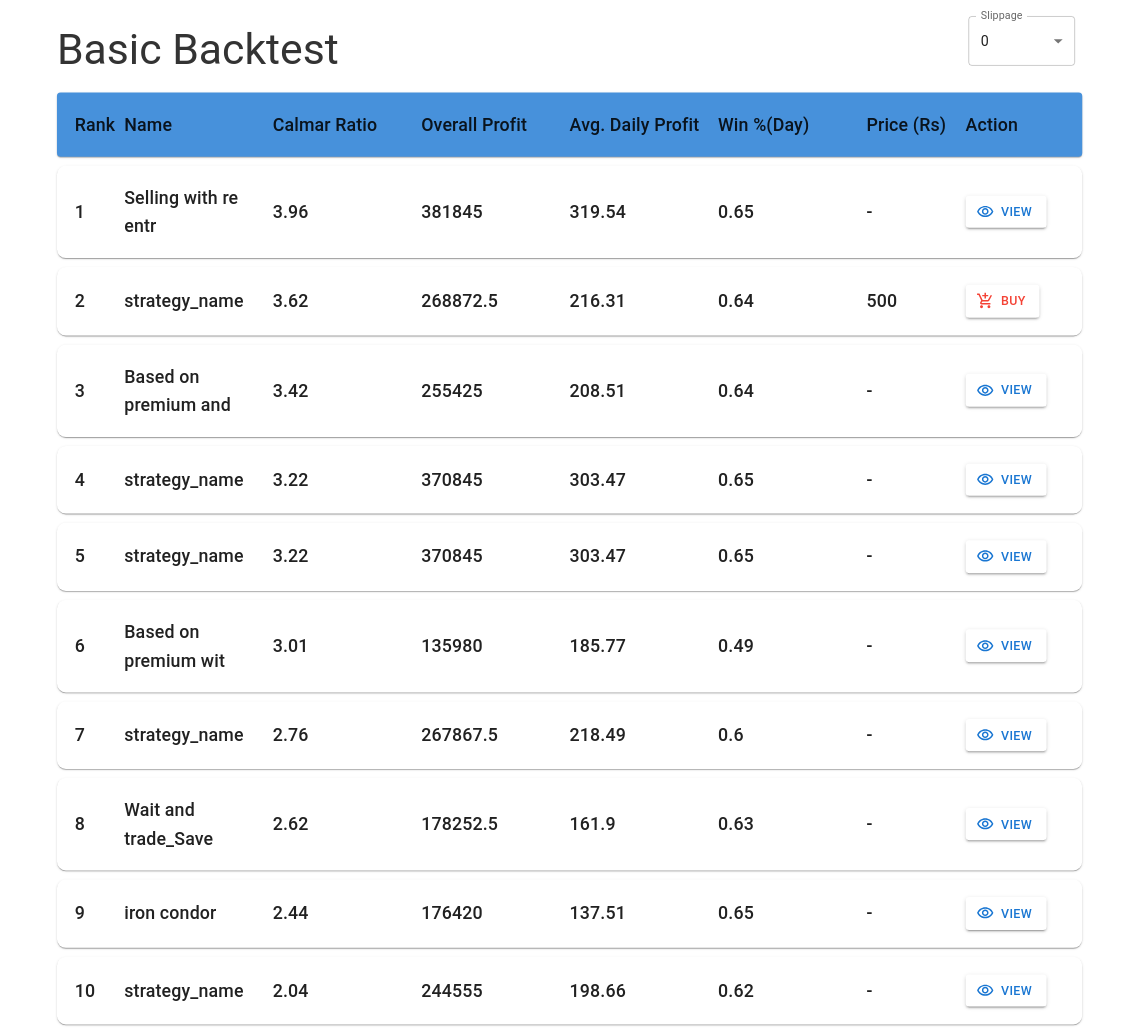
Repository: PraTEEkgUpTa2/Leaderboard
Page: /
An editor plug-in stored every save of this project. The page is shown before and after the next save, followed by the edit.
The browser window is 1280 px wide. The pictures show the whole page, at 89% of full size.
The project was rebuilt for these pictures with package versions that can differ from the ones it lists, and the page was loaded fresh each time. Also part of the build but not shown: src/App.css.

Above is the page before, as saved 2024-05-28 14:16:11.

### src/index.js
import React from 'react';
import ReactDOM from 'react-dom';
import { ThemeProvider } from '@mui/material/styles';
import App from './App';
import theme from './theme'; // Import the theme object

const root = ReactDOM.createRoot(document.getElementById('root'));
root.render(

  <ThemeProvider theme={theme}>
  <App />
</ThemeProvider>

);

// If you want to start measuring performance in your app, pass a function
// to log results (for example: reportWebVitals(console.log))
// or send to an analytics endpoint. Learn more: https://bit.ly/CRA-vitals

### src/App.js
import React from 'react';
import './App.css';
import Leaderboard from './Leaderboard';

function App() {
  return (
    <div className="App">
      <Leaderboard />
    </div>
  );
}

export default App;

### src/theme.js
// theme.js

import { createTheme } from '@mui/material/styles';

const theme = createTheme({
  palette: {
    primary: {
      main: '#1976d2', // Background color for the table header
      dark: '#135fa8', // Hover color for primary buttons
    },
    error: {
      main: '#f44336', // Background color for "Buy" button
      dark: '#d32f2f', // Hover color for "Buy" button
    },
    common: {
      white: '#fff', // Text color for table header and buttons
    },
  },
});

export default theme;

### src/Leaderboard.js
import React, { useState } from 'react';
import data from './data.json';
import { Container, Box, Typography, FormControl, InputLabel, Select, MenuItem, Paper, Button } from '@mui/material';
import { VisibilityOutlined, AddShoppingCartOutlined } from '@mui/icons-material';
import { styled } from '@mui/system';
import { Line } from 'react-chartjs-2';
import 'chart.js/auto';

const TabContainer = styled(Box)(({ theme }) => ({
  display: 'flex',
  flexDirection: 'column',
  gap: '10px',
  marginTop: '20px',
}));

const TabHeader = styled(Paper)(({ theme }) => ({
  display: 'flex',
  justifyContent: 'space-between',
  alignItems: 'center',
  padding: '20px',
  backgroundColor: theme.palette.primary.light,
}));

const Tab = styled(Paper)(({ theme }) => ({
  display: 'flex',
  justifyContent: 'space-between',
  alignItems: 'center',
  padding: '20px',
  borderRadius: '10px',
  boxShadow: theme.shadows[1],
  transition: 'transform 0.3s, box-shadow 0.3s',
  '&:hover': {
    transform: 'translateY(-5px)',
    boxShadow: theme.shadows[4],
    zIndex: 1,
    position: 'relative',
  },
}));

const ViewButton = styled(Button)(({ theme }) => ({
  borderColor: theme.palette.primary.main,
  color: theme.palette.primary.main,
  backgroundColor: 'transparent',
  '&:hover': {
    borderColor: theme.palette.primary.dark,
    color: theme.palette.primary.dark,
    backgroundColor: 'transparent',
  },
  '& .MuiButton-startIcon': {
    marginRight: theme.spacing(1),
  },
}));

const BuyButton = styled(Button)(({ theme }) => ({
  borderColor: theme.palette.error.main,
  color: theme.palette.error.main,
  backgroundColor: 'transparent',
  '&:hover': {
    borderColor: theme.palette.error.dark,
    color: theme.palette.error.dark,
    backgroundColor: 'transparent',
  },
  '& .MuiButton-startIcon': {
    marginRight: theme.spacing(1),
  },
}));

const ChartCard = styled(Box)(({ theme }) => ({
  marginTop: '20px',
  padding: '20px',
  boxShadow: theme.shadows[3],
}));

const Leaderboard = () => {
  const [selectedRow, setSelectedRow] = useState(null);

  const handleRowClick = (row) => {
    setSelectedRow(row);
  };

  return (
    <Container>
      <Box display="flex" justifyContent="space-between" alignItems="center">
        <Typography variant="h3" style={{ color: '#333', marginTop: '20px' }}>
          Basic Backtest
        </Typography>
        <FormControl sx={{ m: 1, minWidth: 120 }}>
          <InputLabel id="slippage-label">Slippage</InputLabel>
          <Select
            labelId="slippage-label"
            id="slippage-select"
            defaultValue={0}
            label="Slippage"
          >
            <MenuItem value={0}>0</MenuItem>
            <MenuItem value={0.5}>0.5</MenuItem>
            <MenuItem value={1}>1</MenuItem>
          </Select>
        </FormControl>
      </Box>
      <TabContainer>
        <TabHeader>
          <Box flexBasis="5%">
            <Typography variant="h6">Rank</Typography>
          </Box>
          <Box flexBasis="15%">
            <Typography variant="h6">Name</Typography>
          </Box>
          <Box flexBasis="15%">
            <Typography variant="h6">Calmar Ratio</Typography>
          </Box>
          <Box flexBasis="15%">
            <Typography variant="h6">Overall Profit</Typography>
          </Box>
          <Box flexBasis="15%">
            <Typography variant="h6">Avg. Daily Profit</Typography>
          </Box>
          <Box flexBasis="15%">
            <Typography variant="h6">Win %(Day)</Typography>
          </Box>
          <Box flexBasis="10%">
            <Typography variant="h6">Price (Rs)</Typography>
          </Box>
          <Box flexBasis="10%">
            <Typography variant="h6">Action</Typography>
          </Box>
        </TabHeader>
        {data.map((row) => (
          <Tab key={row.Rank} onClick={() => handleRowClick(row)}>
            <Box flexBasis="5%">
              <Typography variant="h6">{row.Rank}</Typography>
            </Box>
            <Box flexBasis="15%">
              <Typography variant="h6">{row.Name}</Typography>
            </Box>
            <Box flexBasis="15%">
              <Typography variant="h6">{row["Calmar Ratio"]}</Typography>
            </Box>
            <Box flexBasis="15%">
              <Typography variant="h6">{row["Overall Profit"]}</Typography>
            </Box>
            <Box flexBasis="15%">
              <Typography variant="h6">{row["Avg. Daily Profit"]}</Typography>
            </Box>
            <Box flexBasis="15%">
              <Typography variant="h6">{row["Win %(Day)"]}</Typography>
            </Box>
            <Box flexBasis="10%">
              <Typography variant="h6">{row["Price (Rs)"] ? row["Price (Rs)"] : '-'}</Typography>
            </Box>
            <Box flexBasis="10%">
              {row.Action === 'View' ? (
                <ViewButton startIcon={<VisibilityOutlined />} variant="contained">
                  View
                </ViewButton>
              ) : (
                <BuyButton startIcon={<AddShoppingCartOutlined />} variant="contained">
                  Buy
                </BuyButton>
              )}
            </Box>
          </Tab>
        ))}
      </TabContainer>
      {selectedRow && (
        <ChartCard>
          <Typography variant="h6">{selectedRow.Name}</Typography>
          <Line
            data={{
              labels: ['Calmar Ratio', 'Overall Profit', 'Avg. Daily Profit', 'Win % (Day)', 'Price (Rs)'],
              datasets: [
                {
                  label: selectedRow.Name,
                  data: [
                    selectedRow['Calmar Ratio'],
                    selectedRow['Overall Profit'],
                    selectedRow['Avg. Daily Profit'],
                    selectedRow['Win %(Day)'],
                    selectedRow['Price (Rs)'],
                  ],
                  backgroundColor: '#36A2EB',
                  borderColor: '#36A2EB',
                  borderWidth: 1,
                  fill: false,
                },
              ],
            }}
            options={{
              responsive: true,
              maintainAspectRatio: false,
              scales: {
                y: {
                  beginAtZero: true,
                },
              },
            }}
            height={400}
            width={600}
          />
        </ChartCard>
      )}
    </Container>
  );
};

export default Leaderboard;

### src/data.json
[
    {
        "Rank": 1,
        "Name": "Selling with re entr",
        "Calmar Ratio": 3.96,
        "Overall Profit": 381845,
        "Avg. Daily Profit": 319.54,
        "Win %(Day)": 0.65,
        "Price (Rs)": null,
        "Action": "View"
    },
    {
        "Rank": 2,
        "Name": "strategy_name",
        "Calmar Ratio": 3.62,
        "Overall Profit": 268872.5,
        "Avg. Daily Profit": 216.31,
        "Win %(Day)": 0.64,
        "Price (Rs)": 500,
        "Action": "Buy"
    },
    {
        "Rank": 3,
        "Name": "Based on premium and",
        "Calmar Ratio": 3.42,
        "Overall Profit": 255425,
        "Avg. Daily Profit": 208.51,
        "Win %(Day)": 0.64,
        "Price (Rs)": null,
        "Action": "View"
    },
    {
        "Rank": 4,
        "Name": "strategy_name",
        "Calmar Ratio": 3.22,
        "Overall Profit": 370845,
        "Avg. Daily Profit": 303.47,
        "Win %(Day)": 0.65,
        "Price (Rs)": null,
        "Action": "View"
    },
    {
        "Rank": 5,
        "Name": "strategy_name",
        "Calmar Ratio": 3.22,
        "Overall Profit": 370845,
        "Avg. Daily Profit": 303.47,
        "Win %(Day)": 0.65,
        "Price (Rs)": null,
        "Action": "View"
    },
    {
        "Rank": 6,
        "Name": "Based on premium wit",
        "Calmar Ratio": 3.01,
        "Overall Profit": 135980,
        "Avg. Daily Profit": 185.77,
        "Win %(Day)": 0.49,
        "Price (Rs)": null,
        "Action": "View"
    },
    {
        "Rank": 7,
        "Name": "strategy_name",
        "Calmar Ratio": 2.76,
        "Overall Profit": 267867.5,
        "Avg. Daily Profit": 218.49,
        "Win %(Day)": 0.6,
        "Price (Rs)": null,
        "Action": "View"
    },
    {
        "Rank": 8,
        "Name": "Wait and trade_Save",
        "Calmar Ratio": 2.62,
        "Overall Profit": 178252.5,
        "Avg. Daily Profit": 161.9,
        "Win %(Day)": 0.63,
        "Price (Rs)": null,
        "Action": "View"
    },
    {
        "Rank": 9,
        "Name": "iron condor",
        "Calmar Ratio": 2.44,
        "Overall Profit": 176420,
        "Avg. Daily Profit": 137.51,
        "Win %(Day)": 0.65,
        "Price (Rs)": null,
        "Action": "View"
    },
    {
        "Rank": 10,
        "Name": "strategy_name",
        "Calmar Ratio": 2.04,
        "Overall Profit": 244555,
        "Avg. Daily Profit": 198.66,
        "Win %(Day)": 0.62,
        "Price (Rs)": null,
        "Action": "View"
    }
]

Loaded but not shown: public/index.html (common file)

After the next save:
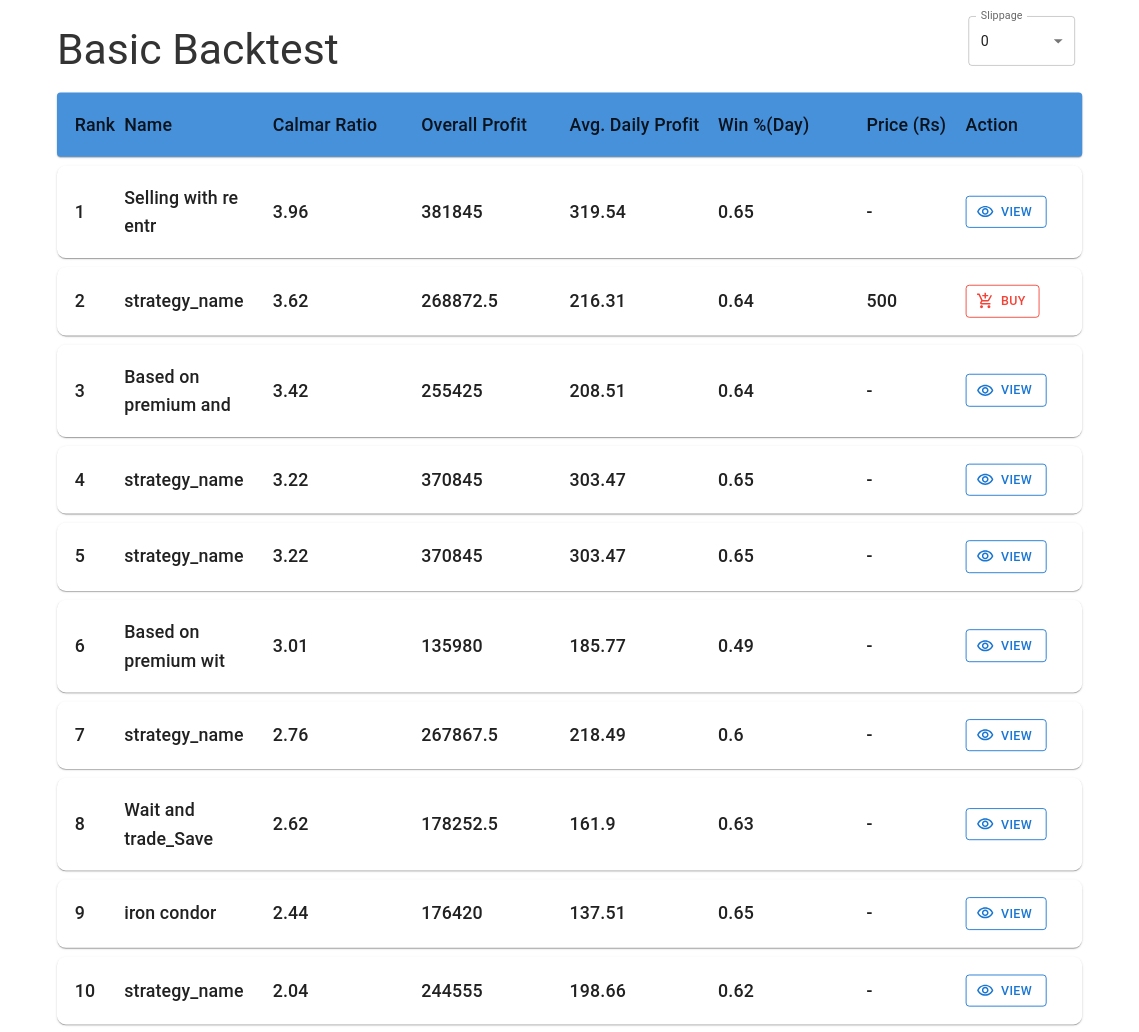
Saved 63 s later.
--- a/src/Leaderboard.js
+++ b/src/Leaderboard.js
@@ -150,11 +150,11 @@ const Leaderboard = () => {
             </Box>
             <Box flexBasis="10%">
               {row.Action === 'View' ? (
-                <ViewButton startIcon={<VisibilityOutlined />} variant="contained">
+                <ViewButton startIcon={<VisibilityOutlined />} variant="outlined">
                   View
                 </ViewButton>
               ) : (
-                <BuyButton startIcon={<AddShoppingCartOutlined />} variant="contained">
+                <BuyButton startIcon={<AddShoppingCartOutlined />} variant="outlined">
                   Buy
                 </BuyButton>
               )}
